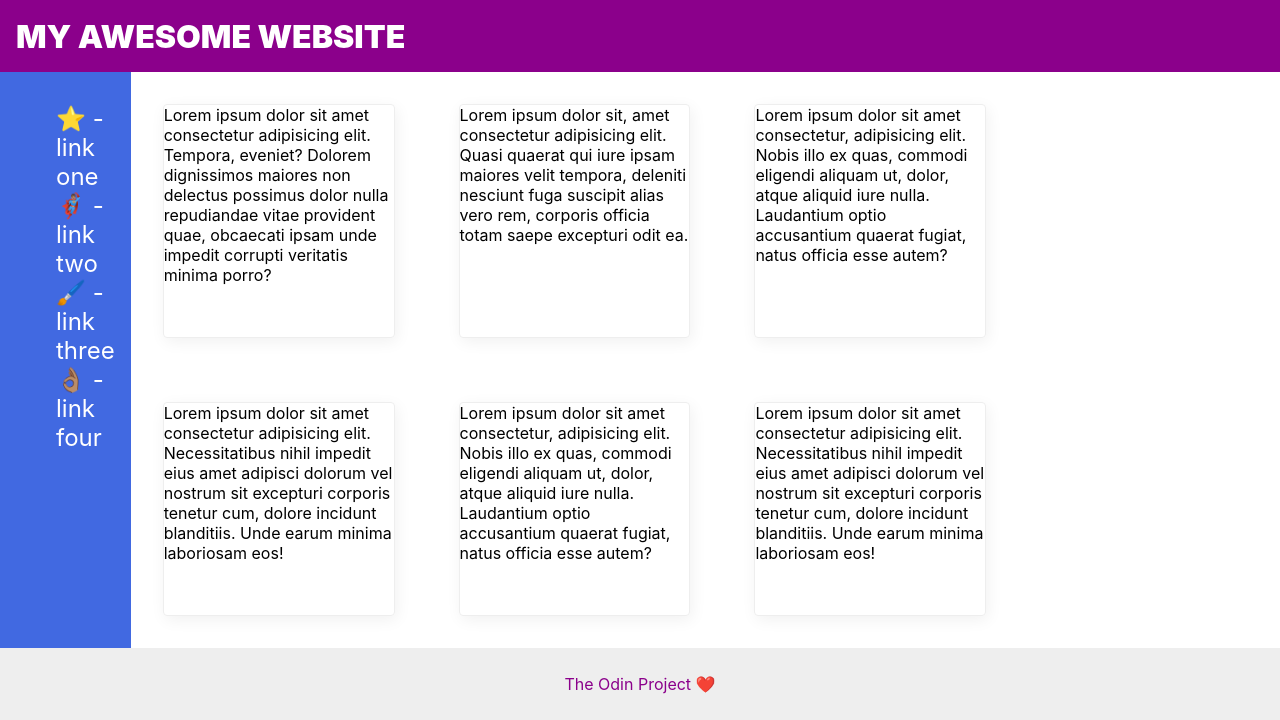
Repository: evemcd/odin_project
Page: 06-odin-css-flex/07-flex-layout-2/index.html
The author's editor kept a copy of each file at every save. The page is drawn from the files as they stood at one save, then again after the next save.
The browser window is 1280 px wide. The pictures show the whole page.

Above is the page before, as saved 2022-02-04 10:13:58.

### 06-odin-css-flex/07-flex-layout-2/index.html
<!DOCTYPE html>
<html lang="en">

<head>
    <meta charset="UTF-8">
    <meta http-equiv="X-UA-Compatible" content="IE=edge">
    <meta name="viewport" content="width=device-width, initial-scale=1.0">
    <title>The Holy Grail</title>
    <link rel="stylesheet" href="style.css">
</head>

<body>
    <div class="header">
        MY AWESOME WEBSITE
    </div>
    <div class="container">
        <div class="sidebar">
            <ul>
                <li><a href="google.com">⭐ - link one</a></li>
                <li><a href="google.com">🦸🏽‍♂️ - link two</a></li>
                <li><a href="google.com">🖌️ - link three</a></li>
                <li><a href="google.com">👌🏽 - link four</a></li>
            </ul>
        </div>
        <div class="container2">
            <div class="card">Lorem ipsum dolor sit amet consectetur adipisicing elit. Tempora, eveniet? Dolorem
                dignissimos maiores non delectus possimus dolor nulla repudiandae vitae provident quae, obcaecati ipsam unde impedit
                corrupti veritatis minima porro?</div>
            <div class="card">Lorem ipsum dolor sit, amet consectetur adipisicing elit. Quasi quaerat qui iure ipsam
                maiores velit tempora, deleniti nesciunt fuga suscipit alias vero rem, corporis officia totam saepe excepturi
                odit ea.
            </div>
            <div class="card">Lorem ipsum dolor sit amet consectetur, adipisicing elit. Nobis illo ex quas, commodi
                eligendi aliquam ut, dolor, atque aliquid iure nulla. Laudantium optio accusantium quaerat fugiat, natus officia
                esse autem?</div>
            <div class="card">Lorem ipsum dolor sit amet consectetur adipisicing elit. Necessitatibus nihil impedit eius
                amet adipisci dolorum vel nostrum sit excepturi corporis tenetur cum, dolore incidunt blanditiis. Unde
                earum minima laboriosam eos!</div>
            <div class="card">Lorem ipsum dolor sit amet consectetur, adipisicing elit. Nobis illo ex quas, commodi
                eligendi aliquam ut, dolor, atque aliquid iure nulla. Laudantium optio accusantium quaerat fugiat, natus officia
                esse autem?</div>
            <div class="card">Lorem ipsum dolor sit amet consectetur adipisicing elit. Necessitatibus nihil impedit eius
                amet adipisci dolorum vel nostrum sit excepturi corporis tenetur cum, dolore incidunt blanditiis. Unde
                earum minima laboriosam eos!</div>
        </div>
    </div>
    <div class="footer">
        The Odin Project ❤️
    </div>
</body>

</html>

### 06-odin-css-flex/07-flex-layout-2/style.css
body {
    font-family: -apple-system, BlinkMacSystemFont, 'Segoe UI', Roboto, Oxygen, Ubuntu, Cantarell, 'Open Sans', 'Helvetica Neue', sans-serif;
    margin: 0;
    min-height: 100vh;
    box-sizing: border-box;
    display: flex;
    flex-direction: column;
}

.header {
    height: 72px;
    background: darkmagenta;
    color: white;
    font-size: 32px;
    font-weight: 900;
    display: flex;
    align-items: center;
    padding: 0 16px;
}

.footer {
    height: 72px;
    background: #eee;
    color: darkmagenta;
    display: flex;
    align-items: center;
    justify-content: center;
}

.sidebar {
    width: 300px;
    background: royalblue;
    padding: 16px;
}

.card {
    border: 1px solid #eee;
    box-shadow: 2px 4px 16px rgba(0, 0, 0, .06);
    border-radius: 4px;
    width: 20%;
    margin: 32px;
}

.container {
    display: flex;
    flex: 1;
}

.container2 {
    display: flex;
    flex-wrap: wrap;
}

.sidebar ul {
    list-style: none;
}

.sidebar a {
    font-size: 24px;
    color: white;
    text-decoration: none;
}

After the next save:
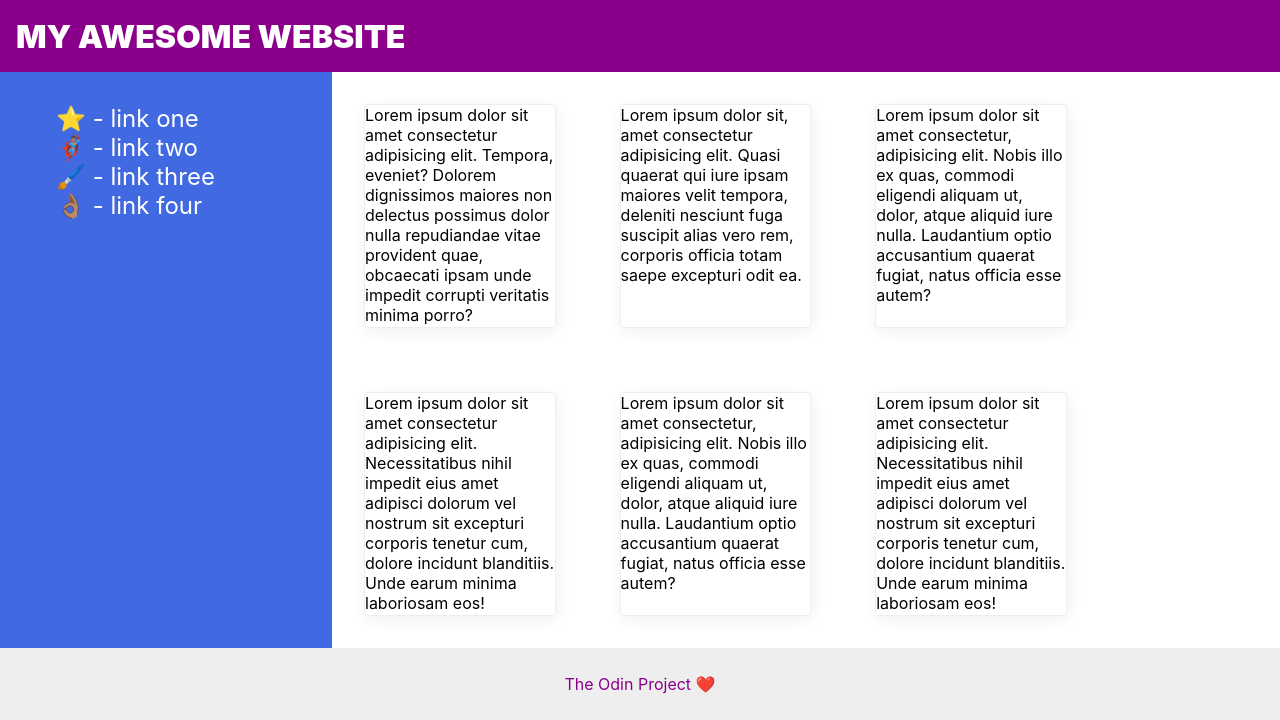
Saved 27 s later.
--- a/06-odin-css-flex/07-flex-layout-2/style.css
+++ b/06-odin-css-flex/07-flex-layout-2/style.css
@@ -30,6 +30,7 @@ body {
 .sidebar {
     width: 300px;
     background: royalblue;
+    flex-shrink: 0;
     padding: 16px;
 }
 
